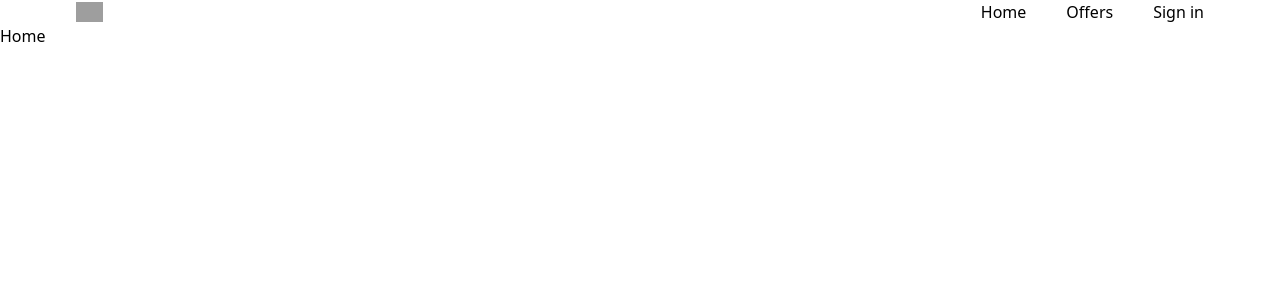
Repository: miraclesamson/realtor-clone
Page: /
These files come from the project's save history. The page is drawn as it stood at one moment and after the next save; the edit follows.
The browser window is 1280 px wide. The pictures show the whole page.
Pictures or frames that could not be fetched are drawn as grey boxes. The project was rebuilt for these pictures with package versions that can differ from the ones it lists, and the page was loaded fresh each time. Also part of the build but not shown: src/App.css, src/pages/Profile.jsx, src/pages/SignIn.jsx, src/pages/SignUp.jsx, src/pages/ForgotPassword.jsx, src/pages/Offers.jsx.

Above is the page before, as saved 2022-09-19 13:08:36.

### public/index.html
<!DOCTYPE html>
<html lang="en">

<head>
  <meta charset="utf-8" />
  <link rel="icon" href="%PUBLIC_URL%/favicon.ico" />
  <meta name="viewport" content="width=device-width, initial-scale=1" />
  <meta name="theme-color" content="#000000" />
  <meta name="description" content="Web site created using create-react-app" />
  <link rel="apple-touch-icon" href="%PUBLIC_URL%/logo192.png" />

  <link rel="manifest" href="%PUBLIC_URL%/manifest.json" />
  <title>Realtor </title>
</head>

<body>
  <noscript>You need to enable JavaScript to run this app.</noscript>
  <div id="root"></div>

</body>

</html>

### src/App.js
import React from "react";
import "./App.css";
import { BrowserRouter as Router, Routes, Route } from "react-router-dom";
import Home from "./pages/Home";
import Profile from "./pages/Profile";
import SignIn from "./pages/SignIn";
import SignUp from "./pages/SignUp";
import ForgotPassword from "./pages/ForgotPassword";
import Offers from "./pages/Offers";
import Header from "./components/Header";

function App() {
  return (
    <>
      <Router>
        <Header />
        <Routes>
          <Route path="/" element={<Home />} />
          <Route path="/profile" element={<Profile />} />
          <Route path="/sign-in" element={<SignIn />} />
          <Route path="/sign-up" element={<SignUp />} />
          <Route path="/forgot-password" element={<ForgotPassword />} />
          <Route path="/Offers" element={<Offers />} />
        </Routes>
      </Router>
    </>
  );
}

export default App;

### src/components/Header.jsx
import React from "react";

export default function Header() {
  return (
    <div>
      <header className="flex justify-between items-center px-3 max-w-6xl mx-auto">
        <div>
          <img
            src="https://static.rdc.moveaws.com/images/logos/rdc-logo-default.svg"
            alt="logo"
            className="h-5 cursor-pointer"
          />
        </div>
        <div>
          <ul className="flex space-x-10">
            <li>Home</li>
            <li>Offers</li>
            <li>Sign in</li>
          </ul>
        </div>
      </header>
    </div>
  );
}

Loaded but not shown: src/index.js (common file); src/index.css (common file); src/reportWebVitals.js (common file); src/pages/Home.jsx (common file); tailwind.config.js (common file)

After the next save:
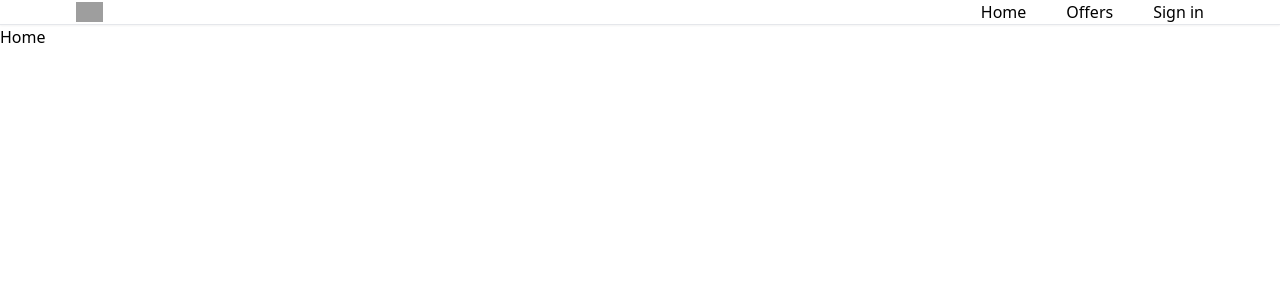
Saved 4 min 30 s later.
--- a/src/components/Header.jsx
+++ b/src/components/Header.jsx
@@ -2,7 +2,7 @@ import React from "react";
 
 export default function Header() {
   return (
-    <div>
+    <div className="bg-white border-b shadow-sm sticky">
       <header className="flex justify-between items-center px-3 max-w-6xl mx-auto">
         <div>
           <img
